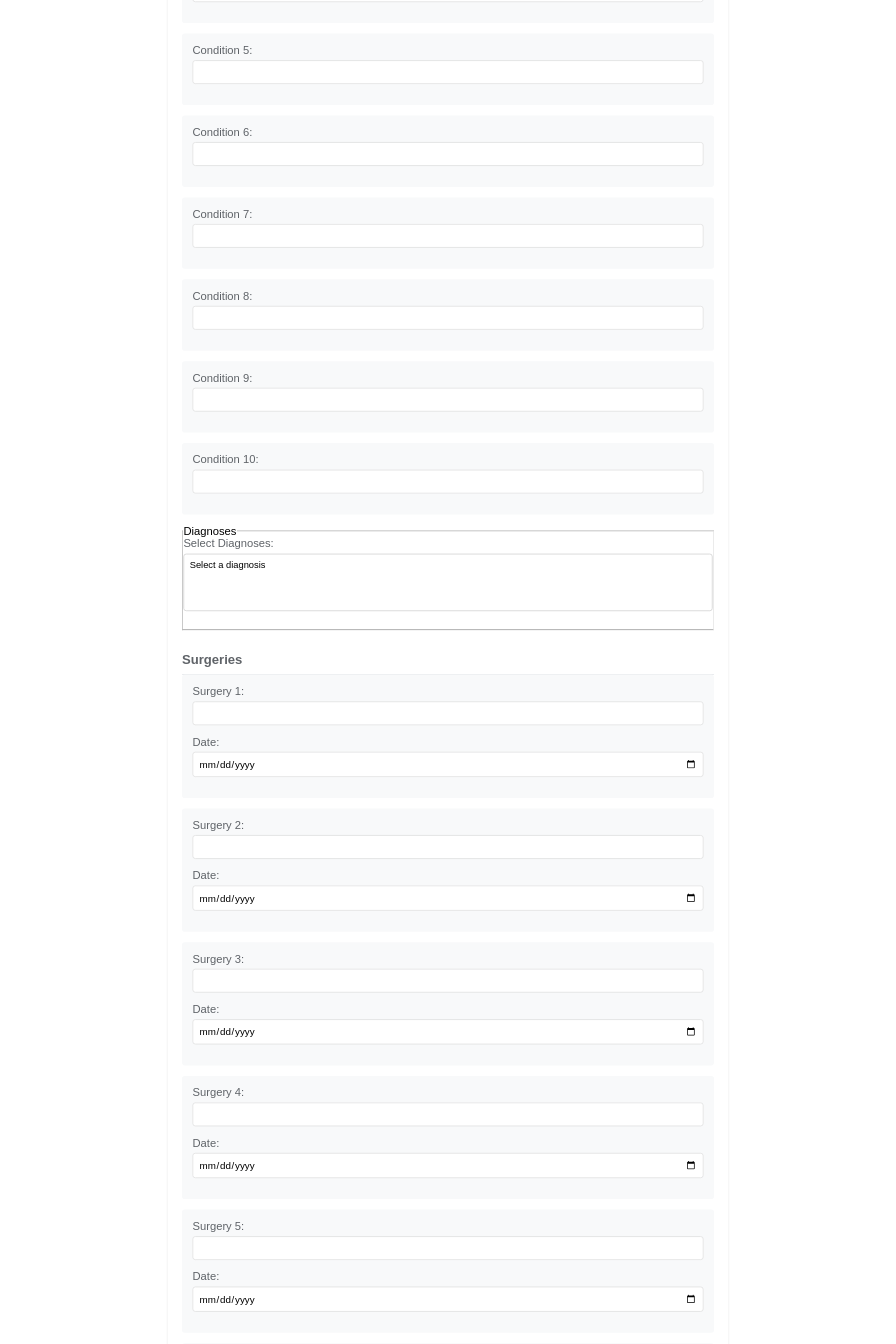
Repository: DavidG626/Flask-Project
Page: templates/update_medical_hx.html
The author's editor kept a copy of each file at every save. The page is drawn from the files as they stood at one save, then again after a run of saves.
The browser window is 1280 px wide. The pictures show the part of the page from y = 4580 to 6500 px (the page is 11250 px tall before and 11283 px after), at 70% of full size.
Some web libraries are served in a nearby version. The template is drawn by Flask 3. The application's start-up code is not run. Other server files are loaded and not shown. The template is opened directly, without the code that normally fills it, so the values that code supplies are empty.

Above is the page before, as saved 2025-02-08 23:56:05.
Console error: ReferenceError: $ is not defined

### templates/update_medical_hx.html
<!DOCTYPE html>
<html lang="en">
<head>
    <meta charset="UTF-8">
    <meta name="viewport" content="width=device-width, initial-scale=1.0">
    <title>Patient Medical History</title>
    <link rel="stylesheet" type="text/css" href="/static/dashboard.css">
    <link rel="stylesheet" type="text/css" href="/static/update_med_hx.css">
    <link href="https://cdnjs.cloudflare.com/ajax/libs/font-awesome/6.0.0/css/all.min.css" rel="stylesheet">
</head>


<body>
    <div class="update-form">
        <h2>Update Medical History</h2>
        <p class="small-text">Patient: {{ patient.first_name }} {{ patient.last_name }}</p>

        <form method="POST" action="{{ url_for('dashboard.update_medical_history', patient_id=patient.id) }}">
            <!-- Allergies Section -->
            <h3>Allergies</h3>
            {% for i in range(1, 16) %}
            <div class="form-section">
                <div class="form-group">
                    <label>Allergy {{ i }}:</label>
                    <input type="text" name="allergy_{{ i }}"
                           value="{{ patient.medical_history.allergies[i-1].allergy_name if patient.medical_history and patient.medical_history.allergies|length >= i else '' }}">
                </div>
                <div class="form-group">
                    <label>Severity:</label>
                    <input type="text" name="allergy_severity_{{ i }}"
                           value="{{ patient.medical_history.allergies[i-1].allergy_severity if patient.medical_history and patient.medical_history.allergies|length >= i else '' }}">
                </div>
                <div class="form-group">
                    <label>Reaction:</label>
                    <input type="text" name="allergy_reaction_{{ i }}"
                           value="{{ patient.medical_history.allergies[i-1].reaction if patient.medical_history and patient.medical_history.allergies|length >= i else '' }}">
                </div>
            </div>
            {% endfor %}

            <!-- Medical Conditions Section -->
            <h3>Medical Conditions</h3>
            {% for i in range(1, 11) %}
            <div class="form-section">
                <div class="form-group">
                    <label>Condition {{ i }}:</label>
                    <input type="text" name="condition_{{ i }}"
                           value="{{ patient.medical_history.medical_conditions[i-1].condition_name if patient.medical_history and patient.medical_history.medical_conditions|length >= i else '' }}">
                </div>
            </div>
            {% endfor %}

            <!-- Add the new diagnoses fieldset -->
            <fieldset>
                <legend>Diagnoses</legend>
                <div class="form-group">
                    <label>Select Diagnoses:</label>
                    <select name="diagnoses" multiple class="form-select">
                        <option value="">Select a diagnosis</option>
                        {% for code in icd10_codes %}
                            <option value="{{ code.id }}">{{ code.description }} ({{ code.code }})</option>
                        {% endfor %}
                    </select>
                </div>
            </fieldset>

            <!-- Surgeries Section -->
            <h3>Surgeries</h3>
            {% for i in range(1, 11) %}
            <div class="form-section">
                <div class="form-group">
                    <label>Surgery {{ i }}:</label>
                    <input type="text" name="surgery_{{ i }}"
                           value="{{ patient.medical_history.surgeries[i-1].surgery_name if patient.medical_history and patient.medical_history.surgeries|length >= i else '' }}">
                </div>
                <div class="form-group">
                    <label>Date:</label>
                    <input type="date" name="surgery_date_{{ i }}"
                           value="{{ patient.medical_history.surgeries[i-1].surgery_date.strftime('%Y-%m-%d') if patient.medical_history and patient.medical_history.surgeries|length >= i and patient.medical_history.surgeries[i-1].surgery_date else '' }}">
                </div>
            </div>
            {% endfor %}

            <!-- Medications Section -->
            <h3>Medications</h3>
            {% for i in range(1, 11) %}
            <div class="form-section">
                <div class="form-group">
                    <label>Medication {{ i }}:</label>
                    <input type="text" name="medication_{{ i }}"
                           value="{{ patient.medical_history.medications[i-1].medication_name if patient.medical_history and patient.medical_history.medications|length >= i else '' }}">
                </div>
                <div class="form-group">
                    <label>Dosage:</label>
                    <input type="text" name="dosage_{{ i }}"
                           value="{{ patient.medical_history.medications[i-1].dosage if patient.medical_history and patient.medical_history.medications|length >= i else '' }}">
                </div>
                <div class="form-group">
                    <label>Frequency:</label>
                    <input type="text" name="frequency_{{ i }}"
                           value="{{ patient.medical_history.medications[i-1].frequency if patient.medical_history and patient.medical_history.medications|length >= i else '' }}">
                </div>
            </div>
            {% endfor %}

            <!-- Smoking History -->
            <h3>Smoking History</h3>
            <div class="form-section">
                <div class="form-group">
                    <input type="checkbox" name="current_smoker"
                           {{ 'checked' if patient.medical_history and patient.medical_history.current_smoker }}>
                    <label>Current Smoker</label>
                </div>
                <div class="form-group">
                    <input type="checkbox" name="former_smoker"
                           {{ 'checked' if patient.medical_history and patient.medical_history.former_smoker }}>
                    <label>Former Smoker</label>
                </div>
                <div class="form-group">
                    <label>Quit Date:</label>
                    <input type="date" name="quit_date"
                           value="{{ patient.medical_history.quit_date.strftime('%Y-%m-%d') if patient.medical_history and patient.medical_history.quit_date else '' }}">
                </div>
                <div class="form-group">
                    <input type="checkbox" name="never_smoker"
                           {{ 'checked' if patient.medical_history and patient.medical_history.never_smoker }}>
                    <label>Never Smoker</label>
                </div>
                <div class="form-group">
                    <input type="checkbox" name="passive_smoker"
                           {{ 'checked' if patient.medical_history and patient.medical_history.passive_smoker }}>
                    <label>Passive Smoker</label>
                </div>
                <div class="form-group">
                    <input type="checkbox" name="vaping"
                           {{ 'checked' if patient.medical_history and patient.medical_history.vaping }}>
                    <label>Vaping</label>
                </div>
            </div>

            <!-- Alcohol Consumption -->
            <h3>Alcohol Consumption</h3>
            <div class="form-section">
                <div class="form-group">
                    <label>Wine per Week:</label>
                    <input type="number" name="wine_per_week"
                           value="{{ patient.medical_history.wine_per_week if patient.medical_history else '' }}">
                </div>
                <div class="form-group">
                    <label>Beer per Week:</label>
                    <input type="number" name="beer_per_week"
                           value="{{ patient.medical_history.beer_per_week if patient.medical_history else '' }}">
                </div>
                <div class="form-group">
                    <label>Liquor per Week:</label>
                    <input type="number" name="liquor_per_week"
                           value="{{ patient.medical_history.liquor_per_week if patient.medical_history else '' }}">
                </div>
            </div>

            <!-- Substance Use -->
            <h3>Substance Use</h3>
            <div class="form-section">
                <div class="form-group">
                    <input type="checkbox" name="marijuana"
                           {{ 'checked' if patient.medical_history and patient.medical_history.marijuana }}>
                    <label>Marijuana</label>
                </div>
                <div class="form-group">
                    <input type="checkbox" name="cocaine"
                           {{ 'checked' if patient.medical_history and patient.medical_history.cocaine }}>
                    <label>Cocaine</label>
                </div>
                <div class="form-group">
                    <input type="checkbox" name="meth"
                           {{ 'checked' if patient.medical_history and patient.medical_history.meth }}>
                    <label>Meth</label>
                </div>
                <div class="form-group">
                    <input type="checkbox" name="iv_drugs"
                           {{ 'checked' if patient.medical_history and patient.medical_history.iv_drugs }}>
                    <label>IV Drugs</label>
                </div>
            </div>

            <div class="buttons">
                <button type="submit" class="save-btn">Save Changes</button>
                <a href="{{ url_for('dashboard.patient_detail', patient_id=patient.id) }}" class="cancel-btn">Cancel</a>
            </div>
        </form>
    </div>
    <script>
        $(document).ready(function() {
            $('.form-select').select2({
                placeholder: 'Select diagnoses',
                allowClear: true,
                width: '100%'
            });
        });
        </script>
</body>
</html>

### static/dashboard.css
/* static/style.css */
html {
    font-size: 16px;
}
* {
    margin: 0;
    padding: 0;
    box-sizing: border-box;
    font-family: Arial, sans-serif;
}

.container {
    display: flex;
    height: 100vh;
}
.logo {
    font-size: 1.5rem;
    font-weight: bold;
    color: #1a73e8;
    margin-bottom: 20px;
    text-align: center;

}
/* Sidebar Styles */

.logged-user {
    text-align: center;
    color: #5f6368;
    font-size: 0.9rem;
    margin-bottom: 20px;
    padding: 0 10px;
    font-weight: 500;
}
.logout-link {
    display: block;
    color: #5f6368;
    font-size: 0.9rem;
    text-decoration: none;
    margin-top: 5px;
}

.logout-link:hover {
    color: #1a73e8;
}
/* Adjust logo margin */
.logo {
    margin-bottom: 10px;
}
.sidebar {
    width: 260px;
    background: white;
    padding: 20px;
    border-right: 1px solid #e1e4e8;
}

.new-button button {
    width: 100%;
    padding: 12px;
    background: #e8f0fe;
    color: #1a73e8;
    border: none;
    border-radius: 24px;
    cursor: pointer;
    font-weight: 500;
    display: flex;
    align-items: center;
    justify-content: center;
    gap: 8px;
    margin-bottom: 20px;
}

.sidebar nav ul a {
    list-style: none;
    text-decoration: none;
    color: inherit;
}

.sidebar nav ul li  {
    padding: 10px 12px;
    border-radius: 24px;
    cursor: pointer;
    display: flex;
    align-items: center;
    gap: 12px;
    color: #5f6368;
}


.sidebar nav ul li.active {
    background: #e8f0fe;
    color: #1a73e8;
}
.sidebar nav ul li,
.sidebar nav ul li a {
    display: flex;
    align-items: center;
    gap: 12px;
}

.sidebar nav ul li a {
    text-decoration: none;
    color: inherit;
    width: 100%; /* Ensure the link takes full width of the list item */
}
/* Main Content Styles */
main {
    flex: 1;
    background: #f8f9fa;
    display: flex;
    flex-direction: column;
}

header {
    background: white;
    padding: 8px 20px;
    border-bottom: 1px solid #e1e4e8;
}

.search-bar {
    position: relative;
    max-width: 720px;
}

.search-bar input {
    width: 100%;
    padding: 12px 16px 12px 40px;
    border: none;
    background: #f1f3f4;
    border-radius: 8px;
    font-size: 14px;
}

.search-bar i {
    position: absolute;
    left: 12px;
    top: 50%;
    transform: translateY(-50%);
    color: #5f6368;
}

.content {
    padding: 20px;
    flex: 1;
}

.toolbar {
    display: flex;
    justify-content: space-between;
    align-items: center;
    margin-bottom: 20px;
}

.view-options a {
    padding: 8px;
    cursor: pointer;
    color: #1a73e8;
    text-decoration: none;

}

.view-options a:visited {
    color: #1a73e8;
    text-decoration: none;

}

.view-options a:hover {
    color: #1a73e8;
    text-decoration: underline;

}

/* Table Styles */
.files-table {
    width: 100%;
    background: white;
    border-radius: 8px;
    border-collapse: collapse;
}

.files-table th,
.files-table td {
    padding: 12px 20px;
    text-align: left;
    border-bottom: 1px solid #e1e4e8;
}

.files-table th {
    color: #5f6368;
    font-weight: 500;
    font-size: 14px;
}

.file-cell {
    display: flex;
    align-items: center;
    gap: 12px;
}

.file-cell i {
    color: #5f6368;
}

.files-table tr:hover {
    background: #f8f9fa;
}

/* update.html */
.update-form {
    max-width: 500px;
    margin: 50px auto;
    padding: 20px;
    background: white;
    border-radius: 8px;
    box-shadow: 0 2px 4px rgba(0,0,0,0.1);
}

.form-group {
    margin-bottom: 15px;
}

.form-group label {
    display: block;
    margin-bottom: 5px;
    font-weight: bold;
}

.form-group input {
    width: 100%;
    padding: 8px;
    border: 1px solid #ddd;
    border-radius: 4px;
}

.buttons {
    margin-top: 20px;
}

.save-btn {
    background: #1a73e8;
    color: white;
    padding: 10px 20px;
    border: none;
    border-radius: 4px;
    cursor: pointer;
}

.cancel-btn {
    background: #f1f3f4;
    color: #5f6368;
    padding: 10px 20px;
    border: none;
    border-radius: 4px;
    text-decoration: none;
    margin-left: 10px;
}
.edit-btn {
    background: #1a73e8;
    color: white;
    padding: 8px 16px;
    border-radius: 4px;
    text-decoration: none;
    display: inline-block;
    margin-bottom: 20px;
}


.patient-card {
    background: white;
    border-radius: 8px;
    padding: 20px;
    margin: 10px 0;
    box-shadow: 0 2px 4px rgba(0,0,0,0.1);
    display: flex;
    align-items: center;
    text-decoration: none;  /* Remove default link underline */
    color: inherit;  /* Keep default text color */
    transition: all 0.2s ease;  /* Smooth hover effect */
}
.small-text {
    font-size: 14px;
    color: #5f6368;  /* matches your theme's gray color */
}

.patient-card:hover {
    background: #f8f9fa;
    transform: translateY(-2px);
    box-shadow: 0 4px 6px rgba(0,0,0,0.1);
}

.patient-card .fa-folder {
    color: #4a90e2;
    font-size: 24px;
    margin-right: 15px;
}

.patient-name {
    font-weight: bold;
    font-size: 16px;
    margin-right: 20px;
}

.patient-details {
    margin-left: auto;
}

.view-link {
    color: #4a90e2;
    text-decoration: none;
    margin-left: 15px;
}

.view-link:hover {
    text-decoration: underline;
}

.tabs {
    display: flex;
    gap: 5px;
    padding: 10px 10px 0;
    background: #f8f9fa;
    border-bottom: 1px solid #e1e4e8;
}

.tab {
    padding: 10px 20px;
    text-decoration: none;
    color: #5f6368;
    background: #f8f9fa;
    border: 1px solid transparent;
    border-radius: 4px 4px 0 0;
}

.tab:hover {
    color: #1a73e8;
}

.tab-pane {
    display: none;
    padding: 20px;
}

/* Show the targeted tab */
.tab-pane:target {
    display: block;
}

/* Show first tab by default when no tab is targeted */
.tab-pane:first-child:not(:target) {
    display: block;
}

/* Highlight active tab */
.tab:target {
    background: white;
    border-color: #e1e4e8;
    border-bottom-color: white;
    color: #1a73e8;
    margin-bottom: -1px;
}

/* Delete Buttons */
.view-link.delete {
    background: none;
    border: none;
    color: #dc3545;  /* Red color to indicate destructive action */
    cursor: pointer;
}

.view-link.delete:hover {
    color: #c82333;
}

/* drop down for ICD10 */
.form-select {
    width: 100%;
    padding: 8px;
    border: 1px solid #ccc;
    border-radius: 4px;
    margin-bottom: 10px;
}
/* START @MEDIA BASE FONT SIZE 16PX*/
@media (max-width: 1600px) {
    html {
        font-size: 16px;
    }
}
@media (max-width: 1200px) {
    html {
        font-size: 16px;
    }
}
@media (max-width: 992px) {
    html {
        font-size: 14px;
    }
}
@media (max-width: 768px) {
    html {
        font-size: 12px;
    }
}
@media (max-width: 600px) {
    html {
        font-size: 10px;
    }
}
/* END @MEDIA */

### static/update_med_hx.css
/* medical_history.css */


.update-form {
    max-width: 800px;  /* Wider than regular update form due to more fields */
    margin: 50px auto;
    padding: 20px;
    background: white;
    border-radius: 8px;
    box-shadow: 0 2px 4px rgba(0,0,0,0.1);
}

.update-form h2 {
    color: #1a73e8;
    margin-bottom: 20px;
}

.update-form h3 {
    color: #5f6368;
    margin-top: 30px;
    padding-bottom: 10px;
    border-bottom: 1px solid #e1e4e8;
}

.form-section {
    background: #f8f9fa;
    padding: 15px;
    border-radius: 4px;
    margin-bottom: 15px;
}

.form-group {
    margin-bottom: 15px;
}

.form-group label {
    display: block;
    margin-bottom: 5px;
    font-weight: 500;
    color: #5f6368;
}

.form-group input[type="text"],
.form-group input[type="date"],
.form-group input[type="number"] {
    width: 100%;
    padding: 8px;
    border: 1px solid #ddd;
    border-radius: 4px;
    font-size: 14px;
}

After the next 2 saves:
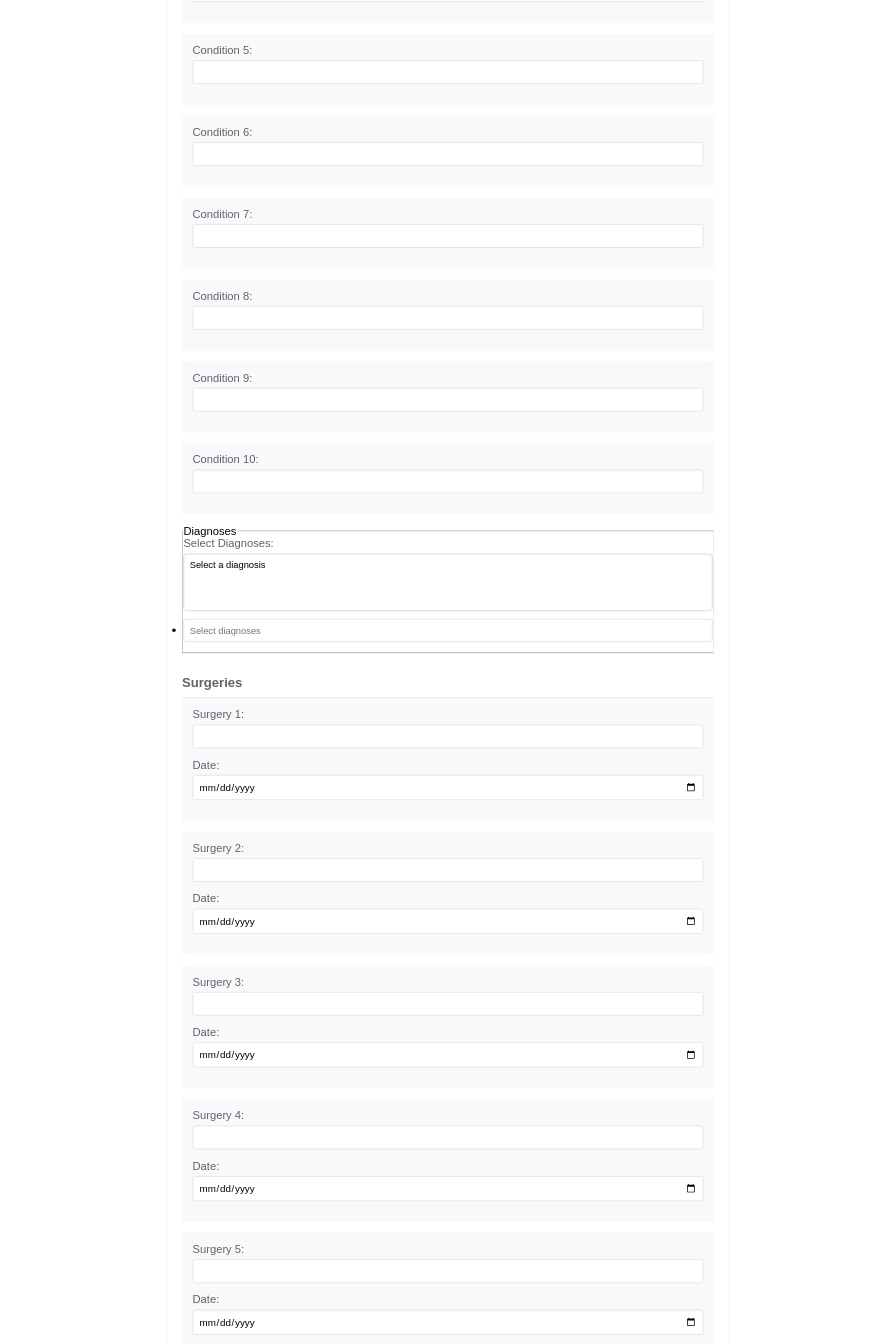
The error is gone.
The 2 saves are shown as one change because they came seconds apart.
The last was saved 61 s later.
--- a/templates/update_medical_hx.html
+++ b/templates/update_medical_hx.html
@@ -7,6 +7,8 @@
     <link rel="stylesheet" type="text/css" href="/static/dashboard.css">
     <link rel="stylesheet" type="text/css" href="/static/update_med_hx.css">
     <link href="https://cdnjs.cloudflare.com/ajax/libs/font-awesome/6.0.0/css/all.min.css" rel="stylesheet">
+    <script src="https://cdn.jsdelivr.net/npm/jquery@3.6.0/dist/jquery.min.js"></script>
+    <script src="https://cdn.jsdelivr.net/npm/select2@4.1.0-rc.0/dist/js/select2.min.js"></script>
 </head>
 
 
